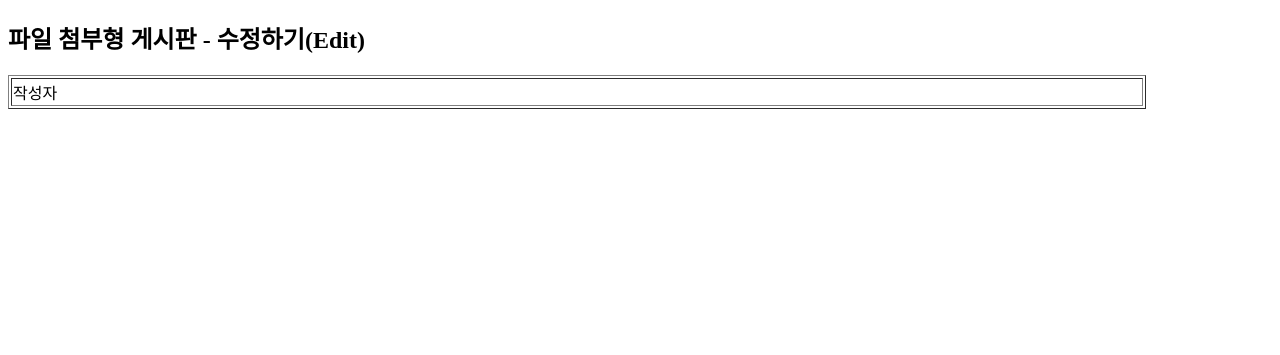
Repository: YEJIN1120/JSP
Page: http://localhost/MustHaveJSP/mvcboard/edit.do
An editor plug-in stored every save of this project. The page is shown before and after the next save, followed by the edit.
The browser window is 1280 px wide. The pictures show the whole page.
The page is served by Tomcat 10. Queries for data that is not in the repository find no rows.

Above is the page before, as saved 2024-11-12 06:05:50.

After the next save:
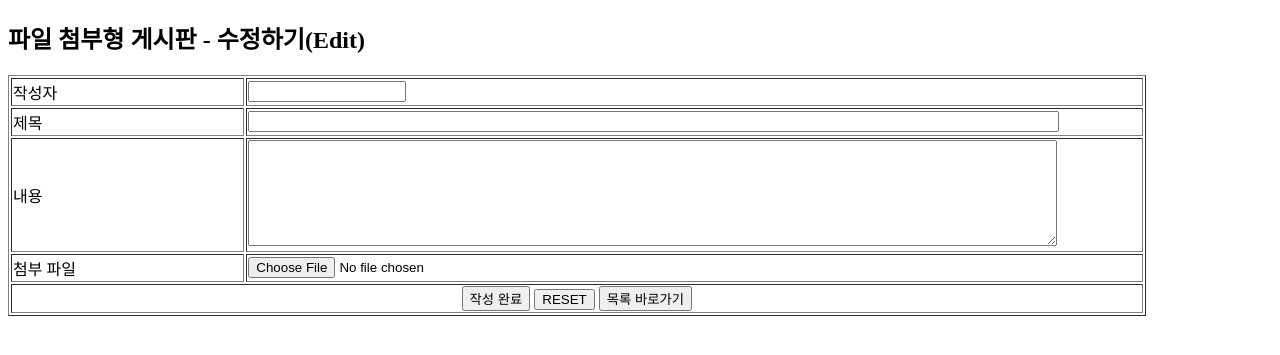
Saved 5 min 28 s later.
--- a/MustHaveJSP/src/main/webapp/14MVCBoard/Edit.jsp
+++ b/MustHaveJSP/src/main/webapp/14MVCBoard/Edit.jsp
@@ -36,6 +36,37 @@
 <table border="1" width="90%">
 	<tr>
 		<td>작성자</td>
+		<td>
+			<input type="text" name="name"
+				   style="width:150px;" value="${dto.name}" />
+		</td>
+	</tr>
+	<tr>
+		<td>제목</td>
+		<td>
+			<input type="text" name="title"
+				   style="width:90%;" value="${ dto.title }" />
+		</td>
+	</tr>
+	<tr>
+		<td>내용</td>
+		<td>
+			<textarea name="content" style="width:90%;height:100px;">${ dto.content }</textarea>
+		</td>
+	</tr>
+	<tr>
+		<td>첨부 파일</td>
+		<td>
+			<input type="file" name="ofile" />
+		</td>
+	</tr>
+	<tr>
+		<td colspan="2" align="center">
+			<button type="submit">작성 완료</button>
+			<button type="reset">RESET</button>
+			<button type="button" onclick="lovation.href='../mvcboard/list.do';">목록 바로가기</button>
+		</td>
+	</tr>
 </table>
 </body>
 </html>
